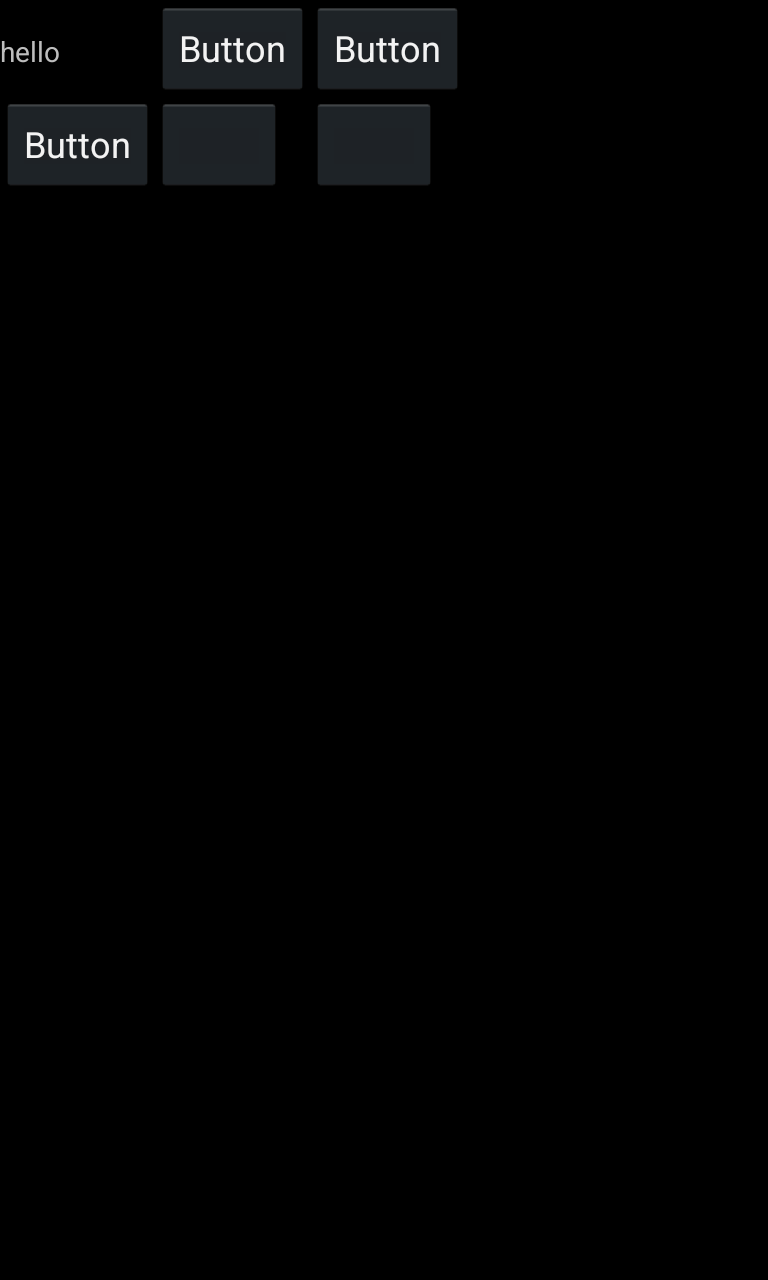
Repository: GuangmingChan/DevelopAndroidApp
Layout: demoGridLayout2/res/layout/main.xml
The author's editor kept a copy of each file at every save. The layout is drawn from the files as they stood at one save, then again after the next save.
It is drawn on a 768 x 1280 px phone screen (xhdpi) without system bars, with theme android:Theme.Holo; the app's code is not run.

Above is the layout before, as saved 2017-03-28 03:35:24.

### demoGridLayout2/res/layout/main.xml
<?xml version="1.0" encoding="utf-8"?>
<GridLayout xmlns:android="http://schemas.android.com/apk/res/android"
    android:layout_width="fill_parent"
    android:layout_height="fill_parent"
    android:columnCount="3"
    android:orientation="vertical"
    android:rowCount="2" >

    <TextView
        android:layout_width="wrap_content"
        android:layout_height="wrap_content"
        android:layout_column="0"
        android:layout_row="0"
        android:text="hello" />

    <Button
        android:id="@+id/button3"
        android:layout_column="1"
        android:layout_row="0"
        android:text="Button" />

    <Button
        android:id="@+id/button1"
        android:layout_column="2"
        android:layout_row="0"
        android:text="Button" />

    <Button
        android:id="@+id/button2"
        android:layout_width="wrap_content"
        android:layout_height="wrap_content"
        android:layout_column="0"
        android:layout_row="1"
        android:text="Button" />

    <Button
        android:layout_width="wrap_content"
        android:layout_height="wrap_content"
        android:layout_column="1"
        android:layout_row="1" />
 	<Button
        android:layout_width="wrap_content"
        android:layout_height="wrap_content"
        android:layout_column="2"
        android:layout_row="1" />


</GridLayout>

After the next save:
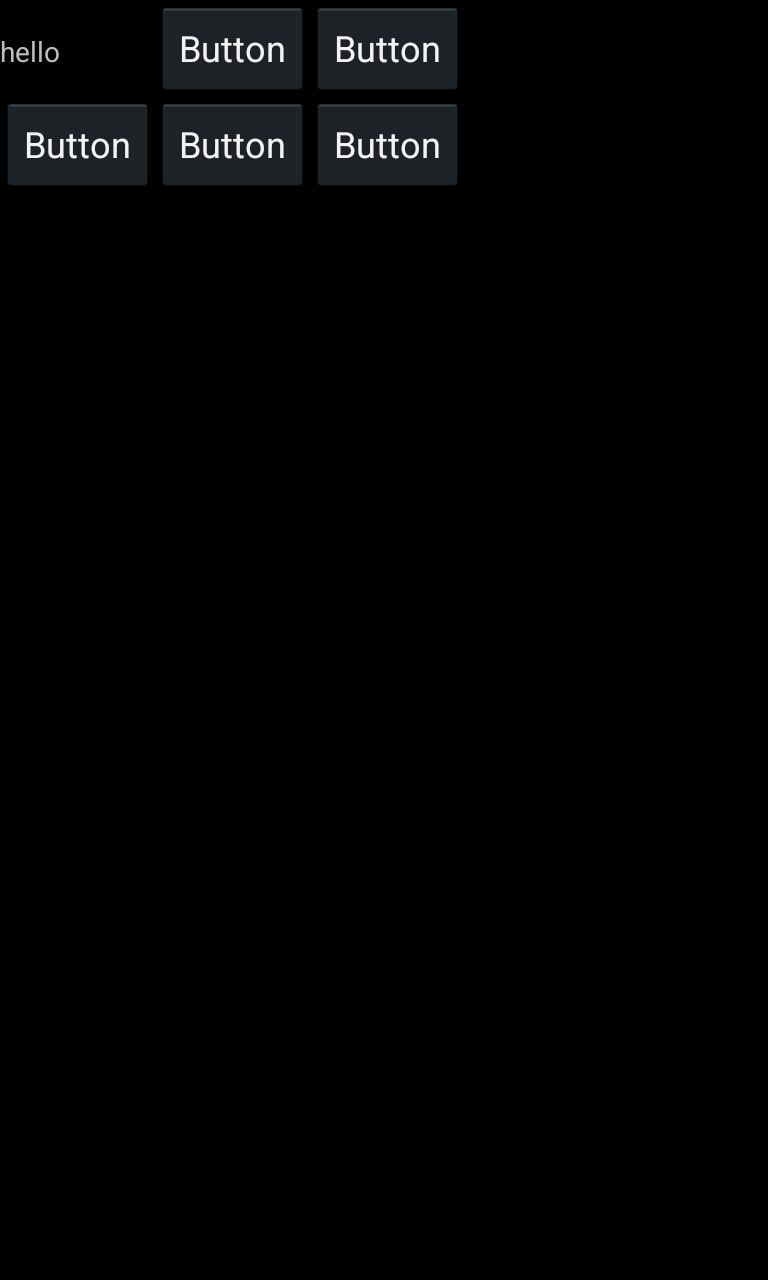
Saved 16 s later.
--- a/demoGridLayout2/res/layout/main.xml
+++ b/demoGridLayout2/res/layout/main.xml
@@ -37,12 +37,14 @@
         android:layout_width="wrap_content"
         android:layout_height="wrap_content"
         android:layout_column="1"
-        android:layout_row="1" />
+        android:layout_row="1"
+        android:text="Button" />
  	<Button
         android:layout_width="wrap_content"
         android:layout_height="wrap_content"
         android:layout_column="2"
-        android:layout_row="1" />
+        android:layout_row="1"
+        android:text="Button" />
 
 
 </GridLayout>
